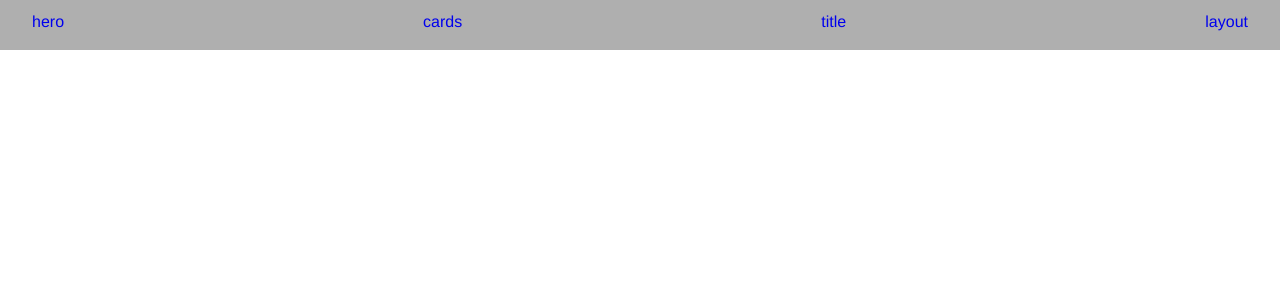
Repository: Ndifoinhilary/css_grid
Page: css-grid-learn/index.html
These files come from the project's save history. The page is drawn as it stood at one moment and after the next save; the edit follows.
The browser window is 1280 px wide. The pictures show the whole page.

Above is the page before, as saved 2024-01-28 10:12:59.

### css-grid-learn/index.html
<!DOCTYPE html>
<html lang="en">
<head>
    <meta charset="UTF-8">
    <meta name="viewport" content="width=device-width, initial-scale=1.0">
    <title>Css grid</title>
    <link rel="stylesheet" href="/fontawesome-free-5.12.1-web/css/all.min.css">
    <link rel="stylesheet" href="/css-grid-learn/main.css">
</head>
<body>

    <nav class="main-navbar">

            <ul class="nav-links">
                <li><a href="hero.html">hero</a></li>
                <li><a href="cards.html">cards</a></li>
                <li><a href="title.html">title</a></li>
                <li><a href="layout.html">layout</a></li>
            </ul>

    </nav>

   <!-- <a href="index.html" class="btn">back to top</a> -->
</body>
</html>

### css-grid-learn/main.css


:root{
    --primaryColor:#f15025;
    --mainBlack:#222;
    --mainWhite:#fff;
    --offwhite:#f7f7f7;
    --darkGrey:#afafaf;
    --mainTransition:all 0.3s linear;
    --mainSpacing:2rem;
}



*{
    margin: 0;
    padding: 0;
    box-sizing: border-box;
}





/* root variables  */

body{
    font-family:'Franklin Gothic Medium', 'Arial Narrow', Arial, sans-serif;
    color: var(--mainBlack);
    background: var(--mainWhite);
    line-height: 1.5rem;
}

a {
    text-decoration: none;
}

ul{
    list-style-type: none;
}

img{
    width: 100%;
    display: block;
}


h1, h2, h3{
    text-transform: capitalize;
    letter-spacing:var(--mainSpacing);
    margin-bottom: 1.25rem;
}

h1{
    font-size: 3rem;
}

h2{
    font-size: 1.5rem;
    margin-bottom:0 ;
}
h1{
    font-size: 0.75rem;
}
p{
    font-weight: 300px;
    font-size: 0.6rem;
    line-height: 2;
}

.btn{
    display: inline-block;
    padding: 0.357rem 0.75rem;
    text-transform: capitalize;
    letter-spacing: 0.1rem;
    border: 3px solid var(--primaryColor);
    cursor: pointer;
    border-radius: 0.3rem;
    margin: 3rem;
    transition: var(--mainTransition);
}


.btn:hover{
    background: var(--primaryColor);
    color: var(--mainWhite);
}

/*
==============
navbar css here
==============
 */



.main-navbar{
   background: var(--darkGrey);
   height: 50px;
   color: var(--primaryColor);
   padding: 0 2rem;
}

 .nav-links{
    display: flex;
    justify-content: space-between;
    flex-wrap: wrap;
 }

 li{
    margin-top:10px ;
 }

Loaded but not shown: fontawesome-free-5.12.1-web/css/all.min.css (library)

After the next save:
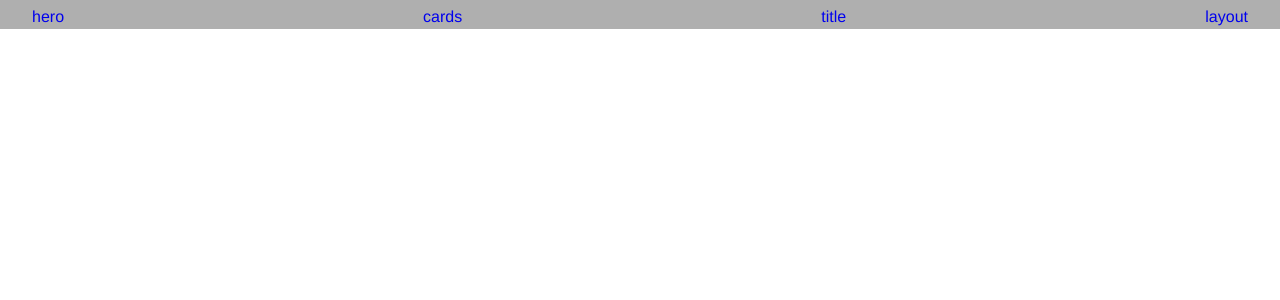
Saved 2 min 57 s later.
--- a/css-grid-learn/main.css
+++ b/css-grid-learn/main.css
@@ -96,8 +96,6 @@ navbar css here
 
 .main-navbar{
    background: var(--darkGrey);
-   height: 50px;
-   color: var(--primaryColor);
    padding: 0 2rem;
 }
 
@@ -108,5 +106,6 @@ navbar css here
  }
 
  li{
-    margin-top:10px ;
+    margin-top:5px ;
+    color: var(--primaryColor);
  }
